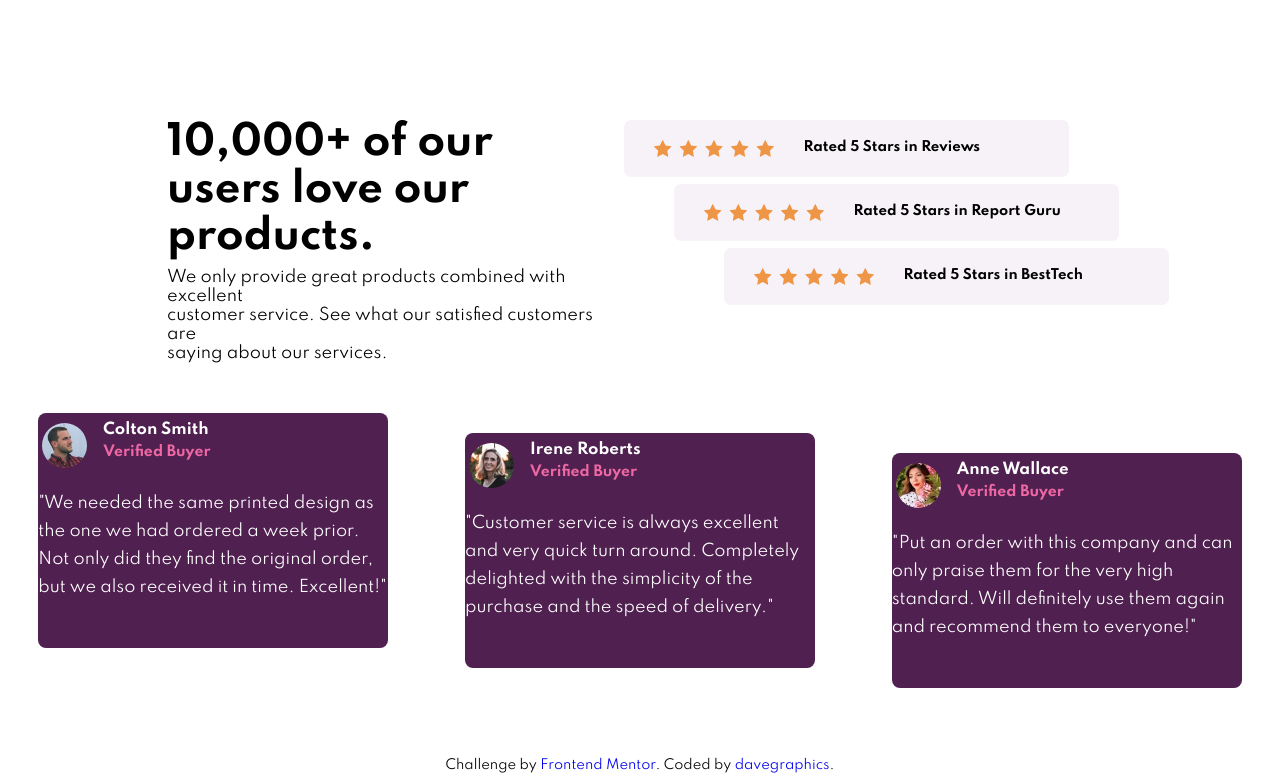
Repository: DejV44/social-proof-section-master
Page: index.html
These files come from the project's save history. The page is drawn as it stood at one moment and after the next save; the edit follows.
The browser window is 1280 px wide. The pictures show the whole page.
The style sheet was rebuilt from its Sass, Less or Tailwind sources for each picture, by a compiler version that may differ from the author's.

Above is the page before, as saved 2021-06-25 21:36:13.

### index.html
<!DOCTYPE html>

<html lang="en">
<head>
    <meta charset="UTF-8">
    <meta http-equiv="X-UA-Compatible" content="IE=edge">
    <meta name="viewport" content="width=device-width, initial-scale=1.0">
    <link rel="stylesheet" href="../css/main.css">
    <title>social-proof-section-master</title>
</head>
<body>
    <section class="main">
        <div class="titles">
            <h1 class="title">10,000+ of our <br>users love our <br>products.</h1>
            <p class="item-1">We only provide great products combined with excellent <br>customer service. See what our satisfied customers are <br>saying about our services.</p>
        </div>
        <div class="container">
            <ul>
                <li class="item1">
                    <img src="../img/stars.svg" alt="stars">
                    <h5>Rated 5 Stars in Reviews</h5>
                </li>
            </ul>

            <ul>
                <li class="item2">
                    <img src="../img/stars.svg" alt="stars">
                    <h5>Rated 5 Stars in Report Guru</h5>
                </li>
            </ul>

            <ul>
                <li class="item3">
                    <img src="../img/stars.svg" alt="stars">
                    <h5>Rated 5 Stars in BestTech</h5>
                </li>
            </ul>
        </div>
    </section>

    <section class="citate">
        <ul class="alfa">
            <li>
                <div class="identy1">
                    <img src="../img/image-colton.jpg" alt="stars">
                    <div>
                        <h3>Colton Smith</h3>
                        <h4>Verified Buyer</h4>
                    </div>
                </div>
                <blockquote>"We needed the same printed design as the one we had ordered a week prior. Not only did they find the original order, but we also received it in time. Excellent!"</blockquote>
            </li>
        </ul>

        <ul class="beta">
            <li>
                <div class="identy2">
                    <img src="../img/image-irene.jpg" alt="stars">
                    <div>
                        <h3>Irene Roberts</h3>
                        <h4>Verified Buyer</h4>
                    </div>
                </div>
                <blockquote>"Customer service is always excellent and very quick turn around. Completely delighted with the simplicity of the purchase and the speed of delivery."</blockquote>
            </li>
        </ul>

        <ul class=gama>
            <li>
                <div class="identy3">
                    <img src="../img/image-anne.jpg" alt="stars">
                    <div>
                        <h3>Anne Wallace</h3>
                        <h4>Verified Buyer</h4>
                    </div>
                </div>
                <blockquote>"Put an order with this company and can only praise them for the very high standard. Will definitely use them again and recommend them to everyone!"</blockquote>
            </li>
        </ul>
    </section>
    <div class="attribution">
        Challenge by
        <a href="https://www.frontendmentor.io?ref=challenge" target="_blank"
          >Frontend Mentor</a
        >. Coded by <a href="#">davegraphics</a>.
      </div>

</body>
</html>

### css/main.scss
@import url('https://fonts.googleapis.com/css2?family=Spartan:wght@400;500;700&display=swap');

*{
    margin: 0;
    padding: 0;
    -webkit-font-smoothing: antialiased;
    /*outline: 3px solid rgb(197, 197, 197);*/
}

:root {
    --primary-color: hsl(300, 43%, 22%);
    --soft-pink: hsl(333, 80%, 67%);
    --neutral-color: hsl(303, 10%, 53%);
    --light-color: hsl(300, 24%, 96%);
    --white: hsl(0, 0%, 100%);
}

body {
    margin: 0;
    padding: 0;
    //background: var(--white);
    font-family: 'Spartan', sans-serif;

    .main {
        margin: 120px auto 0 167px;
        max-width: 1440px;
        max-height: 400px;
        display: grid;
        grid-template-columns: 1fr 1fr;

        .titles {
            margin-right: 20%;

            .title {
                font-size: 40px;
                padding-bottom: 7px;
            }
        }

        .container {


            ul {

                li {
                    display: grid;
                    grid-template-columns: 180px 260px;
                    list-style: none;
                    text-align: left;
                    border-radius: 7px;
                    background: var(--light-color);
                    max-width: 445px;

                }
                 .item1 {
                     margin-left: -100px;
                     margin-bottom: 7px;
                 }

                 .item2 {
                     margin-left: -50px;
                     margin-bottom: 7px;
                 }

                img {
                    width: 120px;
                    height: 17px;
                    grid-column: 1/2;
                    padding: 20px 0 20px 30px;
                }

                h5 {
                    grid-column: 2/2;
                    width: 260px;
                    padding: 20px 0;

                }
            }
        }
    }


    .citate {
        display: grid;
        grid-template-columns: 1fr 1fr 1fr;
        margin: 50px auto;
        max-width: 1440px;


        ul {

            padding: auto;

            background: var(--primary-color);
            border-radius: .5em;
            width: 350px;
            height: 235px;
            margin: 0px auto 20px auto;

            blockquote {
                    color: var(--white);
                    margin-top: 25px;
                    line-height: 28px;
                    text-align: left;
            }

            li {
                list-style: none;

                h3 {
                        color: var(--white);
                        margin: .5em 0 .2em 0;
                        padding-left: 20px;
                        font-size: 15px;

                    }

                    h4 {
                        color: var(--soft-pink);
                        margin: .4em 0 .2em 0;
                        padding-left: 20px;
                        font-size: 14px;

                    }

                .identy1 {
                    grid-column: 1/3;
                    display: flex;
                    img {
                        margin-top: 6px;
                        border-radius: 5em;
                        width: 45px;
                        height: 45px;
                        position: relative;
                        top: 4px;
                        left: 4px;
                    }

                }

                .identy2 {
                    grid-column: 2/3;
                    display: flex;
                    img {
                        margin-top: 6px;
                        border-radius: 5em;
                        width: 45px;
                        height: 45px;
                        position: relative;
                        top: 4px;
                        left: 4px;

                    }


                }

                .identy3 {
                    grid-column: 3/3;
                    display: flex;
                    img {
                        margin-top: 6px;
                        border-radius: 5em;
                        width: 45px;
                        height: 45px;
                        position: relative;
                        top: 4px;
                        left: 4px;
                    }


                }
            }

        }

        .beta {
            margin-top: 20px;
        }

        .gama {
            margin-top: 40px;
        }
    }

    .attribution {
        text-align: center;
        font-size: 13px;
        padding-bottom: 5px;


        a {
            text-decoration: none;
            font-size: 13px;

        }
    }


}

After the next save:
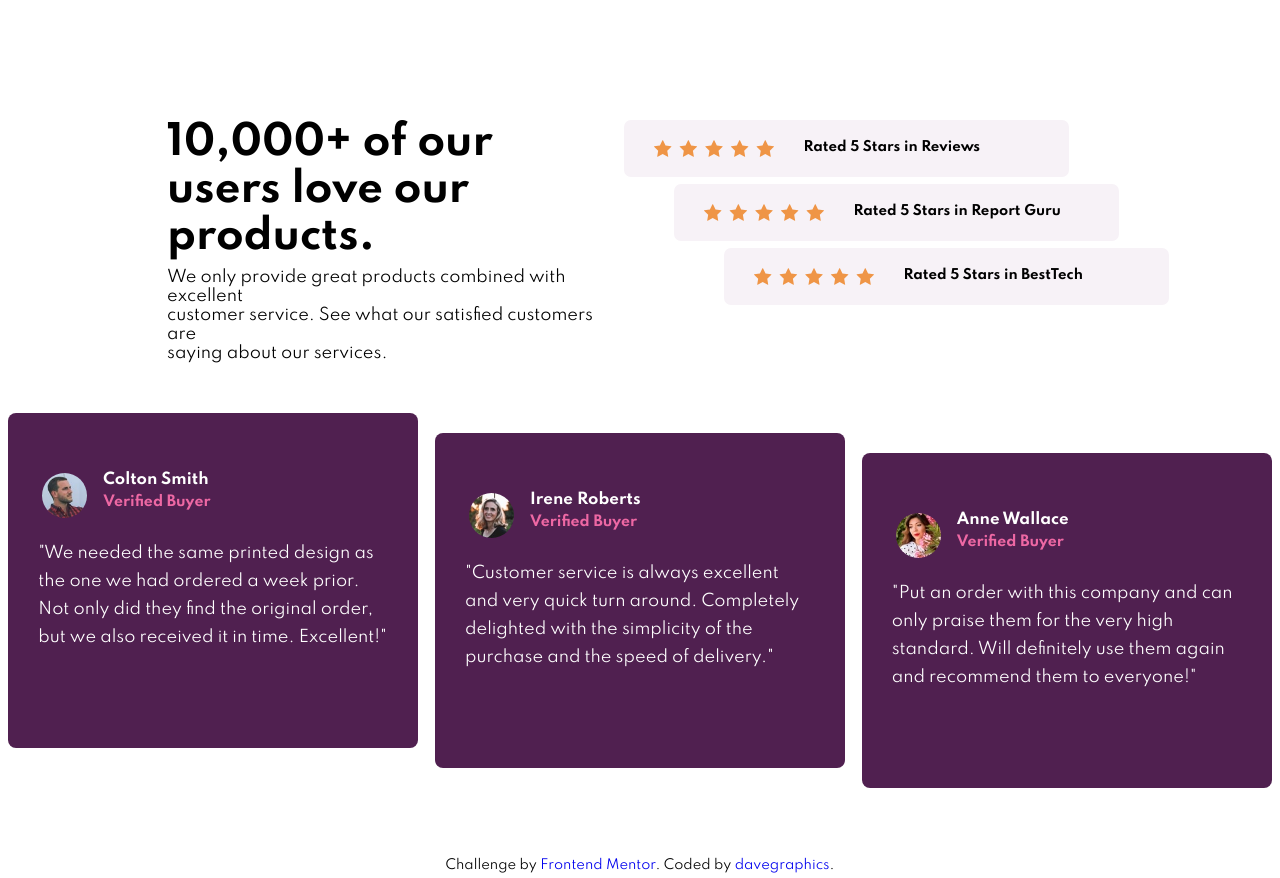
Saved 20 s later.
--- a/css/main.scss
+++ b/css/main.scss
@@ -89,7 +89,7 @@ body {
 
         ul {
 
-            padding: auto;
+            padding: 50px 30px;
 
             background: var(--primary-color);
             border-radius: .5em;
